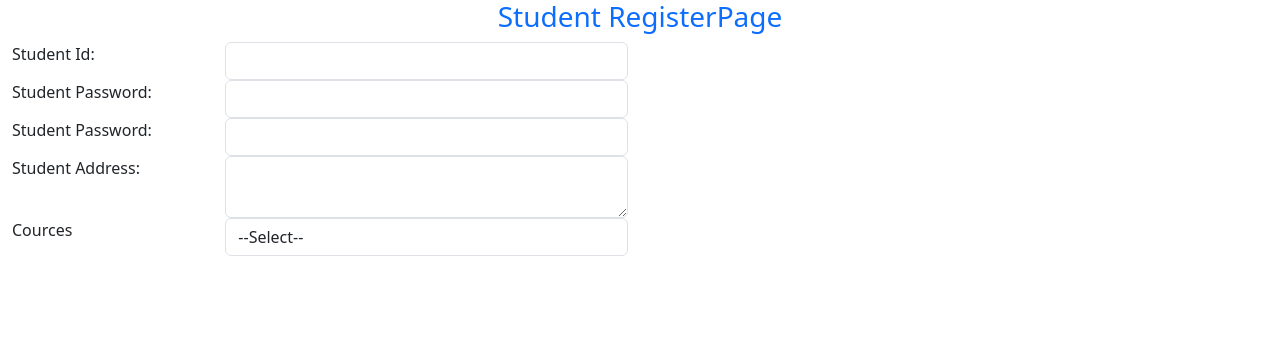
Repository: speaktwojitendra/WareHouseApp
Page: http://localhost/StudentRegister
These files come from the project's save history. The page is drawn as it stood at one moment and after the next save; the edit follows.
The browser window is 1280 px wide. The pictures show the whole page.
The page is this project's Thymeleaf template; nobody is signed in. The template is opened directly, without the code that normally fills it, so the values that code supplies are empty.

Above is the page before, as saved 2026-01-11 09:52:38.

After the next save:
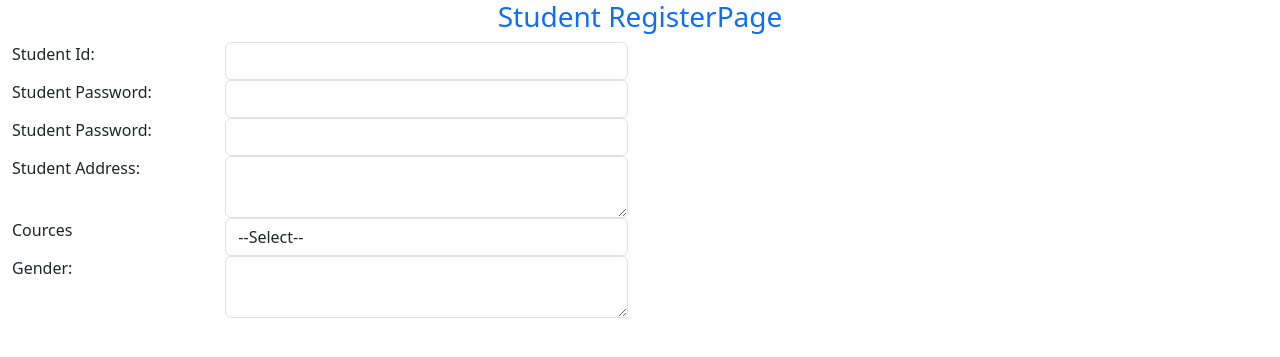
Saved 3 min 1 s later.
--- a/student1App/src/main/resources/templates/StudentRegister.html
+++ b/student1App/src/main/resources/templates/StudentRegister.html
@@ -54,6 +54,10 @@
 <div class="col-6" id="iderr"></div></div>
 
 
+<div class="row">
+<div class="col-2">Gender:</div>
+<div class="col-4"> <textarea rows="" cols="" name="address" class="form-control"></textarea>  </div>
+<div class="col-6" id="iderr"></div></div>
 
 </div>
 </body>
